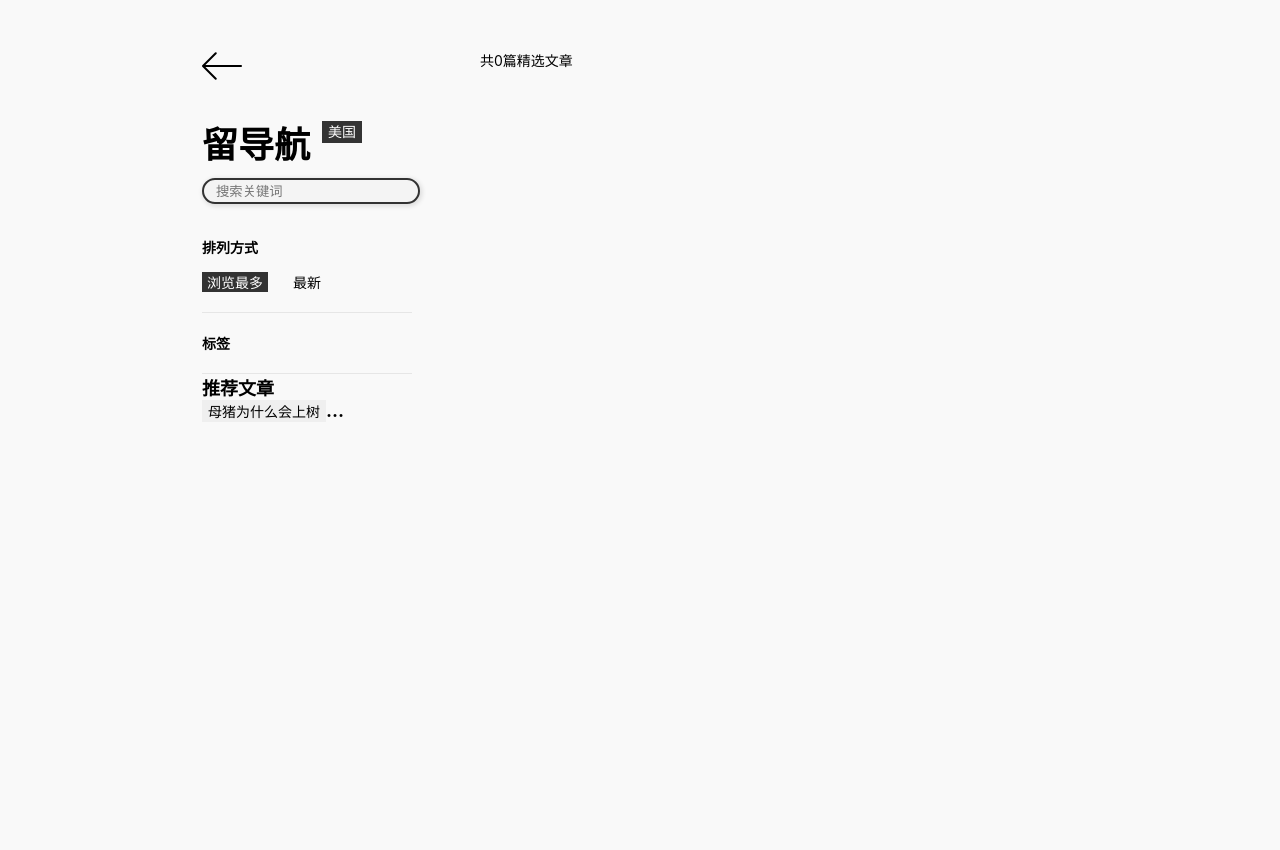
Repository: Apiyaaaa/guidefront
Page: /search
These files come from the project's save history. The page is drawn as it stood at one moment and after a run of saves; the edit follows.
The browser window is 1280 px wide. The pictures show the whole page.
The page's requests for data from a server got no answer. The project was rebuilt for these pictures with package versions that can differ from the ones it lists, and the page was loaded fresh each time. No one was signed in, and anything a server would have sent is missing. Also part of the build but not shown: src/pages/Home/Home.module.css, src/pages/Home/Home.js, src/components/ArticleCard/ArticleCard.module.css, src/components/ArticleCard/ArticleCard.jsx, src/pages/Article/Article.module.css, src/pages/Article/Article.js.

Above is the page before, as saved 2022-10-02 16:19:47.

### public/index.html
<!DOCTYPE html>
<html lang="en">
  <head>
    <meta charset="utf-8" />
    <link rel="icon" href="%PUBLIC_URL%/favicon.ico" />
    <meta name="viewport" content="width=device-width, initial-scale=1" />
    <meta name="theme-color" content="#000000" />
    <meta
      name="description"
      content="Web site created using create-react-app"
    />
    <!-- <link rel="apple-touch-icon" href="%PUBLIC_URL%/logo192.png" /> -->
    <!--
      manifest.json provides metadata used when your web app is installed on a
      user's mobile device or desktop. See https://developers.google.com/web/fundamentals/web-app-manifest/
    -->
    <!-- <link rel="manifest" href="%PUBLIC_URL%/manifest.json" /> -->

    <title>留导航</title>
  </head>
  <body>
    <noscript>You need to enable JavaScript to run this app.</noscript>
    <div id="root">
    </div>
  </body>
</html>

### src/App.js
import React from "react";
import { Routes, Route } from "react-router-dom";

import "./App.css";
import Home from "./pages/Home/Home";
import Search from './pages/Search/Search'
import Article from "./pages/Article/Article";


function App() {
  return (
    <div className="App">
        <Routes>
          <Route path="/" element={<Home />}></Route>
          <Route path="/search" element={<Search/>}></Route>
          <Route path="/article/:article_id" element={<Article/>}></Route>
        </Routes>
    </div>
  );
}

export default App;

### src/App.css


body {
  margin: 0;
  font-family: -apple-system, BlinkMacSystemFont, "Segoe UI", "Roboto", "Oxygen",
    "Ubuntu", "Cantarell", "Fira Sans", "Droid Sans", "Helvetica Neue",
    sans-serif;
  -webkit-font-smoothing: antialiased;
  -moz-osx-font-smoothing: grayscale;
  background-color: #f9f9f9;

}

.mainContent {
  width: 960px;
  margin: 0 auto;
  max-height: 100%;
  position: relative;
}


code {
  font-family: source-code-pro, Menlo, Monaco, Consolas, "Courier New",
    monospace;
}

### src/pages/Search/Search.js
import { useEffect, useState } from "react";
import axios from "axios";
import { useSearchParams } from "react-router-dom";
import styles from "./Search.module.css";
import SearchPanel from "../../components/SearchPanel/SearchPanel";
import ArticleCard from "../../components/ArticleCard/ArticleCard";

function Search() {
  const [data, setData] = useState([]); //布局使用的文章数据
  const [origData, setOrigData] = useState([]); //未排序的数据
  const [totalResults, setTotalResults] = useState(0); //匹配文章数
  const [col1, setCol1] = useState([]); //布局第一列
  const [col2, setCol2] = useState([]); //布局第二列

  //接收search传参
  const [search, setSearch] = useSearchParams();
  let param;
  if (search.get("word")) {
    param = search.get("word");
  } else {
    param = "";
  }
  const recommends = [
    { article_id: 1, title: "母猪为什么会上树" },
    { article_id: 2, title: "母猪为什么会上树" },
    { article_id: 3, title: "母猪为什么会上树" },
  ];
  // 初始时，通过search传参加载页面
  const getArticle = (word) => {
    console.log("search params: ", word);

    axios({
      method: "GET",
      url: "api/api/search",
      params: {
        word: word,
      },
    }).then((res) => {
      console.log("res", res);
      if (res.data) {
        const resData = res.data.data;
        console.log("data: ", resData);

        if (resData.length === 0) {
          setData([
            {
              article_id: "0",
              title: `暂时没有相关内容 :(`,
              summary: "欢迎联系我们，提供反馈",
              tags: "暂无",
              update_time: "",
              country: "国家",
              views: "0",
            },
          ]);
        } else {
          const sortedJson = sortByViews(resData);
          setOrigData(sortedJson);
          setData(sortedJson);
        }
      } else {
        setData([
          {
            article_id: "0",
            title: "暂时没有相关搜索内容",
            summary: "联系我们",
            tags: [],
            update_time: Date.now(),
            country: "国家",
            views: "0",
          },
        ]);
      }
    });
  };

  //根据浏览量排序一个数组
  const sortByViews = (arr) => {
    const newArr = arr
      .slice()
      .sort((a, b) => (a.views * 1 < b.views * 1 ? 1 : -1));
    return newArr;
  };

  //加载组件时搜索url带来的关键字
  useEffect(() => {
    getArticle(param);
  }, []);

  //data更新时刷新总匹配数
  useEffect(() => {
    setTotalResults(data.length);
  }, [data]);

  //data更新时更新col1，col2排版
  useEffect(() => {
    const arr = splitArray(data);
    setCol1(arr[0]);
    setCol2(arr[1]);
  }, [data]);

  // 奇偶分离array，用作卡片排版
  const splitArray = (arr) => {
    const oddOnes = [],
      evenOnes = [];
    for (let i = 0; i < arr.length; i++)
      (i % 2 === 0 ? evenOnes : oddOnes).push(arr[i]);
    return [evenOnes, oddOnes];
  };

  return (
    <div className="mainContent">
      <div className={styles.main}>
        {/* 左侧功能栏 */}
        <SearchPanel
          data={data}
          setData={setData}
          origData={origData}
          getArticle={getArticle}
          setOrigData={setOrigData}
          recommends={recommends}
        />

        {/* 右侧文章卡片区域 */}
        <div className={styles.displayPanel}>
          <div className={styles.totalResults}>共{totalResults}篇精选文章</div>
          <div className={styles.cardContainer}>
            {/* 使用props传参给文章卡片组件，col1col2排版 */}
            <div key={col1} className={styles.col1}>
              {col1.map((item) => {
                return <ArticleCard key={item.article_id} item={item} />;
              })}
            </div>

            <div className={styles.col2}>
              {col2.map((item) => {
                return <ArticleCard key={item.article_id} item={item} />;
              })}
            </div>
          </div>
        </div>
      </div>
    </div>
  );
}

export default Search;

### src/pages/Search/Search.module.css
.mainContent {
  width: 960px;
  margin: 0 auto;
  background-color: #f9f9f9;
}

.main {
  display: flex;
  flex-direction: row;
  margin-top: 46px;
  background-color: #f9f9f9;

}

/* 右侧卡片区域 */
.displayPanel {
  position:relative;
  margin-left: 320px;
  margin-top: 4px;
  width: 630px;
  max-height: calc(100vh - 46px);
  min-height:800px;

}
.totalResults {
  font-size: 14px;
  margin-bottom: 20px;
}
.cardContainer {
  display: flex;
  flex-direction: row;
  align-items:flex-start;
}

.col2{
  margin-top: 30px;


}







.ad{
  margin-top: 33px;
}

### src/components/SearchPanel/SearchPanel.jsx
import { useEffect, useState } from 'react'
import { useSearchParams, useNavigate } from "react-router-dom";
import { nanoid } from 'nanoid';
import styles from './SearchPanel.module.css'
import axios from 'axios';
import RecommendCard from '../RecommendCard/RecommendCard';



export default function SearchPanel(props) {
    const { data, setData, origData, getArticle, recommends } = props; //布局使用的文章数据，未排序的数据
    const navigate = useNavigate();

    const [area, setArea] = useState("美国");//未来需要接收area参数
    const [selectedTags, setSelectedTags] = useState([]);//被选择的标签们
    const [mostViewsClicked, setMostviewsClicked] = useState(true); //浏览最多排序状态
    const [newestClicked, setNewestClicked] = useState(false); //最新排序状态
    const [tags, setTags] = useState([]); //最新排序状态




    //搜索框
    //左侧搜索框查找（无按钮）
    const [search, setSearch] = useSearchParams();
    const searchChanged = () => {
        const word = document.getElementById("search").value;
        //更改search参数，同步搜索框url
        setTimeout(() => { setSearch(`word=${word}`); getArticle(word) }, 1000);
    };


    //排序
    //根据浏览量排序一个数组
    const sortByViews = (arr) => {
        const newArr = arr.slice().sort((a, b) => (a.views * 1 < b.views * 1 ? 1 : -1));
        return newArr;

    }
    //“浏览最多”点击事件
    const mostViews = () => {
        if (!mostViewsClicked) {
            const newData = sortByViews(data);
            setData(newData);
            console.log("以浏览量排列", newData);
            setMostviewsClicked(true);
            setNewestClicked(false);
        }

    }
    //根据时间排序一个数组
    const sortByNewest = (arr) => {
        const newArr = arr.slice().sort((a, b) => a.update_time < b.update_time ? 1 : -1);
        return newArr;
    }
    //“最新”点击事件
    const newest = () => {
        if (!newestClicked) {
            const newData = sortByNewest(data);
            setData(newData);
            console.log("以最新排列", newData);
            setNewestClicked(true);
            setMostviewsClicked(false);
        }
    };



    //筛选
    //标签筛选事件,设置已筛选标签
    const sortByTag = (tag) => {

        //判断tag是否已被选择，并更新State数列（已选择标签）
        if (selectedTags.includes(tag)) {
            const newSelectedTags = [...selectedTags.filter((t) => t !== tag)];
            setSelectedTags(newSelectedTags);
            console.log(`减去标签：${tag},当前标签：${newSelectedTags}`);

        } else {
            const newSelectedTags = [tag, ...selectedTags];
            setSelectedTags(newSelectedTags);
            console.log(`增加标签：${tag},当前标签：${newSelectedTags}`);

        }
    };
    //辅助函数-判断t标签是否已被选择
    const inSelectedTags = (t) => { return selectedTags.includes(t) };

    //筛选事件执行函数-监听selectedTags
    const filterDataByTags = () => {

        //无筛选条件时，根据排序方式还原展示data为原始数据
        if (selectedTags.length === 0) {
            if (mostViewsClicked) {
                setData(origData);
            } else {
                setData(sortByNewest(origData));
            }

        }
        else {
            //根据标签筛选展示data中的文章
            let result = origData.filter((article) => {
                const tagArr = article.tags.split('/');
                let matchCount = 0;

                for (let i = 0; i < tagArr.length; i++) {
                    if (inSelectedTags(tagArr[i])) {
                        matchCount+=1;
                    }
                }
                return matchCount === selectedTags.length;
            });

            //更新时，保证排列方式不变
            if (newestClicked) {
                result = sortByNewest(result);
            }
            const newData = [...result];
            setData(newData);

        }

    }

    //筛选更新时，重新筛选
    useEffect(() => {
        filterDataByTags();
    }, [selectedTags])

    useEffect(() => {
        //获取标签
        axios.get('api/api/get_tags').then(
            (res) => {
                //console.log('TAGS',res)
                if (res.data) {
                    let tags = res.data.data;
                    tags = tags.sort((a,b)=>a.tag_name.length - b.tag_name.length)
                    setTags(tags);
                }
            }
        )

    }, [])


    return (
        <div className={styles.searchPanel}>
            {/* 左侧功能栏 */}

            <div className={styles.backIcon} onClick={() => navigate(-1)}></div>
            <div className={styles.header}>
                <div className={styles.resulTitle} onClick={() => navigate("/")}>留导航</div>
                <div className={styles.country}>{area}</div>
            </div>

            {/* 搜索框 */}
            <div>
                <input
                    className={styles.inputWindow}
                    id="search"
                    placeholder="搜索关键词"
                    onChange={() => searchChanged()}
                ></input>
            </div>

            {/* 排列方式 */}
            <div>
                <div className={styles.leftTitle}>排列方式</div>
                <div className={styles.sortMethod}>
                    <button
                        className={`${mostViewsClicked ? styles.active : ''} ${styles.tag}`}
                        onClick={() => mostViews()}>浏览最多</button>
                    <button
                        className={`${newestClicked ? styles.active : ''} ${styles.tag}`}
                        onClick={() => newest()}>最新</button>
                </div>
            </div>

            {/* 标签筛选 */}
            <div>
                <div className={styles.leftTitle}>标签</div>
                <div className={styles.tags}>
                    {tags.map((item) => (
                        <button key={nanoid()}
                            className={`${selectedTags.includes(item.tag_name) ? styles.active : ""} ${styles.tag}`}
                            onClick={() => sortByTag(item.tag_name)}
                        >
                            {item.tag_name}
                        </button>
                    ))}
                </div>
            </div>
            {/*Todo差个广告component*/}
            <div className={styles.ad}><RecommendCard recommends={recommends}></RecommendCard></div>
        </div>
    )
}

### src/components/SearchPanel/SearchPanel.module.css
.searchPanel {
    position:fixed;
    margin-left: 42px;
    width: 210px;
  }

  .backIcon{
    display: block;
    width: 210px;
    height: 40px;
    margin-bottom: 30px;
    background: url(../../images/back_icon.svg) no-repeat ;
    background-position: top 0vw left 0vw;
    background-size: 40px;
    cursor: pointer;
  }
  .header {
    display: flex;
    flex-direction: row;
  }
  .resulTitle {
    font-size: 36px;
    font-weight: bold;
    cursor: pointer;
  }
  .country {
    box-sizing: border-box;
    width: 40px;
    height: 22px;
    margin-left: 12px;
    margin-top: 5px;
    background-color: #343434;
    font-size: 14px;
    text-align: center;
    line-height: 22px;
    color: #ffffff;
  }
  .inputWindow {
    width: 210px;
    height: 20px;
    margin-top: 10px;
    margin-bottom: 13px;
    border-radius: 20px;
    background-color: #f4f4f4;
    border: 2px solid #333333;
    box-shadow: 1.33333px 1.33333px 4px 1.33333px rgba(0, 0, 0, 0.1);
    text-indent: 10px;
  }
  .inputWindow:focus{
    outline: none;
    border: 2px dashed #333333;
    transition: 0.6s;
  }
  .inputWindow:focus::placeholder {
    color: transparent;
    transition: all 0.8s;
  }

  /* 功能栏 */
  .leftTitle {
    font-size: 14px;
    font-weight: bold;
    margin-top: 20px;
  }
  .sortMethod {
    padding-bottom: 20px;
    border-bottom: 1px solid #e6e6e6;

  }
  .tags {
    padding-bottom: 20px;
    border-bottom: 1px solid #e6e6e6;
  }

  .tag {
    border: 0;
    background-color: transparent;
    outline: none;
    font-size: 14px;
    padding: 0 5px;
    margin-right: 20px;
    margin-top: 15px;
    margin-left: 0;
  }
  .tag:hover {
    background-color: #343434;
    color: #ffffff;
    cursor: pointer;
    transition: all 0.6s;
  }
  .active {
    background-color: #333333;
    color: #ffffff;
  }

### src/components/RecommendCard/RecommendCard.jsx
import { ListItemSecondaryAction } from "@mui/material";
import { useEffect, useState } from "react";
import styles from './RecommendCard.module.css'
import { useNavigate } from "react-router-dom";
export default function RecommendCard(props) {
  const { recommends } = props;
  const navigate = useNavigate();
  const toArticle = (article_id) => {
    navigate(`/article/${article_id}`);
    console.log("跳转到文章页-id: ", article_id);
  };
  console.log(recommends)
  return (
    <div className={styles.recommendCard}>
      推荐文章
      <div className={styles.recommendItems}>
        {recommends.map((item) => (
          <button className={styles.recommendItem} onClick={() => toArticle(item.article_id)}>{item.title}</button>
        ))}
      </div>
    </div>
  );
}

### src/components/RecommendCard/RecommendCard.module.css
.recommendCard {
  font-size: 18px;
  font-weight: bold;
}
.recommendItems {
    overflow: hidden;
    text-overflow: ellipsis;
    white-space: nowrap;
}
.recommendItem {
  font-size: 14px;
}
button{
  margin: none;
  padding: none;
  border: none;
  outline: none;
}

Loaded but not shown: src/index.js (common file)

After the next 3 saves:
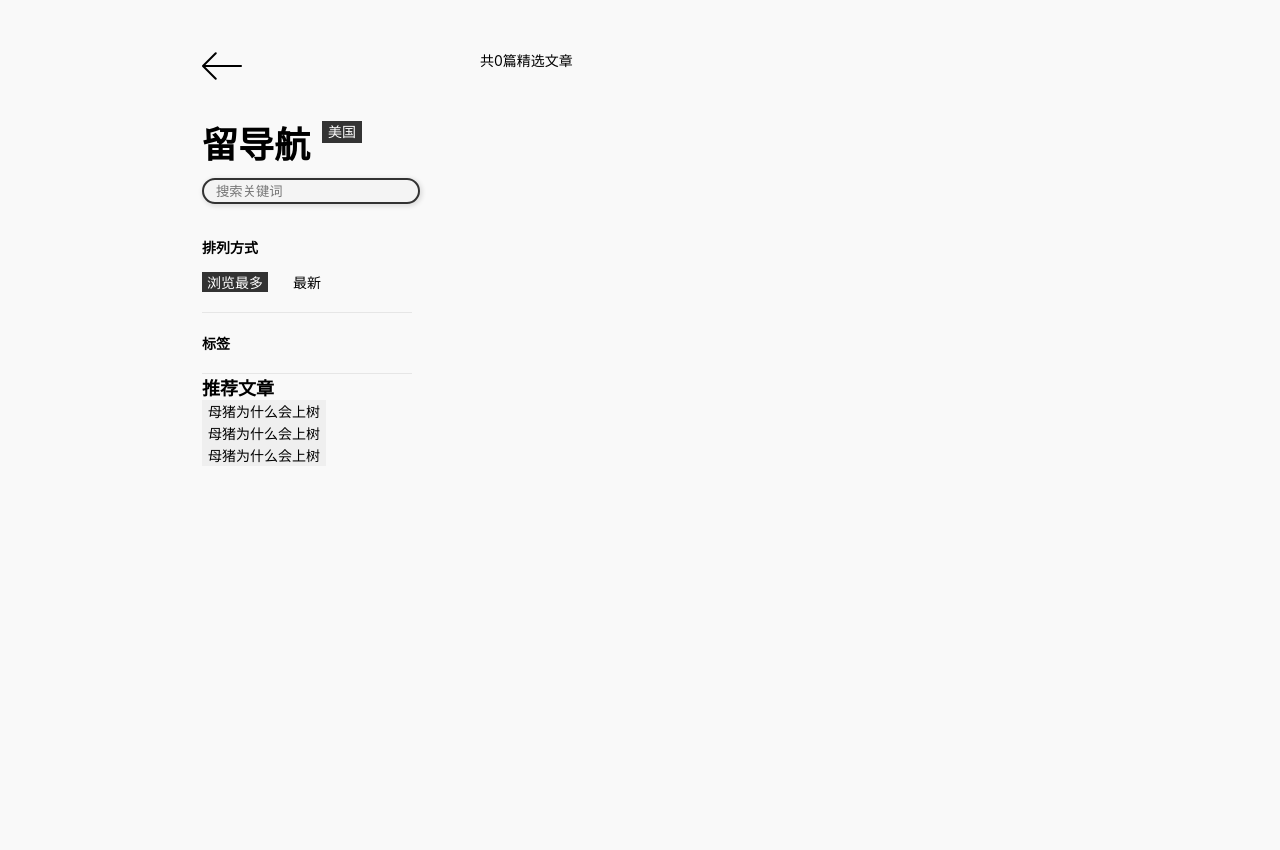
The 3 saves are shown as one change because they came seconds apart.
The last was saved 19 s later.
--- a/src/components/RecommendCard/RecommendCard.module.css
+++ b/src/components/RecommendCard/RecommendCard.module.css
@@ -3,14 +3,14 @@
   font-weight: bold;
 }
 .recommendItems {
-    overflow: hidden;
-    text-overflow: ellipsis;
-    white-space: nowrap;
 }
 .recommendItem {
   font-size: 14px;
+  overflow: hidden;
+  text-overflow: ellipsis;
+  white-space: nowrap;
 }
-button{
+button {
   margin: none;
   padding: none;
   border: none;
